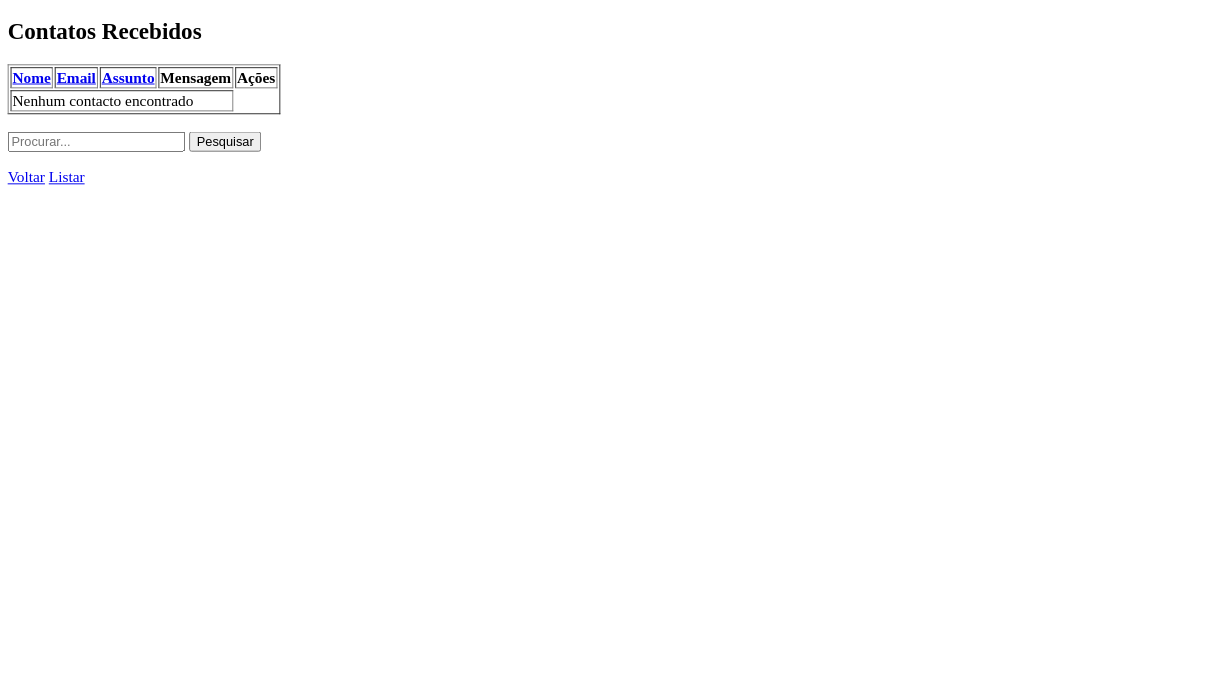
Repository: Sofiampsantos/Portal-de-Jornalismo-Escolar
Page: http://localhost/FormularioContacto/ListarContatosServlet?ordem=nome
An editor plug-in stored every save of this project. The page is shown before and after the next save, followed by the edit.
The browser window is 1280 px wide. The pictures show the whole page, at 96% of full size.
Some web fonts or font styles are not loaded; a fallback is used. The page is served by Tomcat 10. Queries for data that is not in the repository find no rows.

Above is the page before, as saved 2026-05-23 18:00:44.

After the next save:
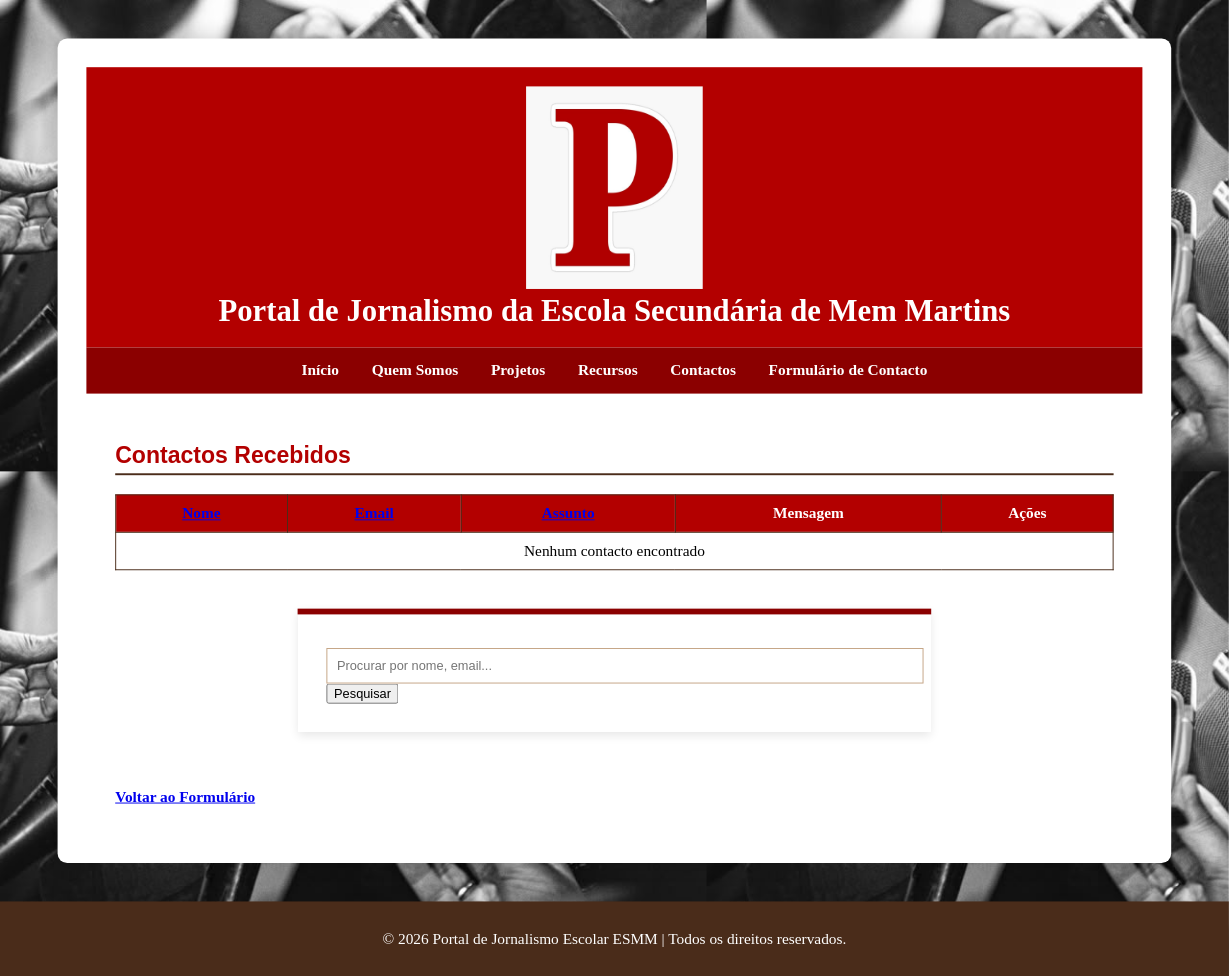
Console error: ReferenceError: documemnt is not defined
Saved 7 min 12 s later.
--- a/ProjetoProgV2/FormularioContacto/src/main/webapp/listar.jsp
+++ b/ProjetoProgV2/FormularioContacto/src/main/webapp/listar.jsp
@@ -1,68 +1,90 @@
-<%@ page language="java" contentType="text/html; charset=UTF-8"
-    pageEncoding="UTF-8"%>
+<%@ page language="java" contentType="text/html; charset=UTF-8" pageEncoding="UTF-8"%>
 <%@ page import="java.util.List"%>
 
 <!DOCTYPE html>
 <html>
 <head>
 <meta charset="UTF-8">
-<title>Lista de Contatos</title>
+<title>Portal de Jornalismo Escolar - ESMM - Lista de Contactos</title>
+<link rel="stylesheet" href="${pageContext.request.contextPath}/styles/estilo.css">
 </head>
-<body>
 
-<h2>Contatos Recebidos</h2>
+<body class="fundo-projetos" style="background-image: url('${pageContext.request.contextPath}/img/jornalismo.jpg');">
 
-<table border="1">
+  <div class="container">
 
-<tr>
-    <th><a href="ListarContatosServlet?ordem=nome">Nome</a></th>
-    <th><a href="ListarContatosServlet?ordem=email">Email</a></th>
-    <th><a href="ListarContatosServlet?ordem=assunto">Assunto</a></th>
-    <th>Mensagem</th> <th>Ações</th>
-</tr>
+    <header id="topo">
+        <img alt="Fotografia do Portal de Jornalismo Escolar"
+             src="${pageContext.request.contextPath}/img/logoP.jpg" style="width: 184px; height: 211px;">
+        <h1>Portal de Jornalismo da Escola Secundária de Mem Martins</h1>
+    </header>
 
-<%
-List<String[]> contatos = (List<String[]>) request.getAttribute("contatos");
+    <nav id="navegacao">
+        <ul>
+            <li><a href="index.html">Início</a></li>
+            <li><a href="quem_somos.html">Quem Somos</a></li>
+            <li><a href="projetos.html">Projetos</a></li>
+            <li><a href="recursos.html">Recursos</a></li>
+            <li><a href="contactos.html">Contactos</a></li>
+            <li><a href="contato.jsp">Formulário de Contacto</a></li>
+        </ul>
+    </nav>
 
-if (contatos != null && !contatos.isEmpty()) {
+    <section id="conteudo">
+        <h2>Contactos Recebidos</h2>
 
-    for (String[] c : contatos) {
-    	%>
+        <table border="1" style="width: 100%; margin-bottom: 20px; background-color: white; color: black;">
+            <tr>
+                <th><a href="ListarContatosServlet?ordem=nome">Nome</a></th>
+                <th><a href="ListarContatosServlet?ordem=email">Email</a></th>
+                <th><a href="ListarContatosServlet?ordem=assunto">Assunto</a></th>
+                <th>Mensagem</th>
+                <th>Ações</th>
+            </tr>
 
-        <tr>
-            <td><%= c[1] %></td> <td><%= c[2] %></td> <td><%= c[3] %></td> <td><%= c[4] %></td> <td>
-                <a href="EditarContatoServlet?id=<%= c[0] %>">Editar</a>
-                <a href="ApagarContatoServlet?id=<%= c[0] %>">Apagar</a>
-            </td>
-        </tr>
+            <%
+            List<String[]> contatos = (List<String[]>) request.getAttribute("contatos");
 
-    <%
-    }
+            if (contatos != null && !contatos.isEmpty()) {
+                for (String[] c : contatos) {
+            %>
+                <tr>
+                    <td><%= c[1] %></td>
+                    <td><%= c[2] %></td>
+                    <td><%= c[3] %></td>
+                    <td><%= c[4] %></td>
+                    <td>
+                        <a href="EditarContatoServlet?id=<%= c[0] %>">Editar</a> |
+                        <a href="ApagarContatoServlet?id=<%= c[0] %>" onclick="return confirm('Tens a certeza que queres apagar?');">Apagar</a>
+                    </td>
+                </tr>
+            <%
+                }
+            } else {
+            %>
+                <tr>
+                    <td colspan="5">Nenhum contacto encontrado</td>
+                </tr>
+            <%
+            }
+            %>
+        </table>
 
-} else {
-%>
+        <form action="ProcurarContatoServlet" method="get">
+            <input type="text" name="busca" placeholder="Procurar por nome, email...">
+            <button type="submit">Pesquisar</button>
+        </form>
 
-<tr>
-    <td colspan="4">Nenhum contacto encontrado</td>
-</tr>
+        <br>
+        <a href="contato.jsp" style="font-weight: bold;">Voltar ao Formulário</a>
+    </section>
+  </div>
 
-<%
-}
-%>
+  <footer id="rodape">
+      <p>&copy; 2026 Portal de Jornalismo Escolar ESMM | Todos os direitos reservados.</p>
+  </footer>
 
-</table>
-
-<br>
-
-<form action="ProcurarContatoServlet" method="get">
-    <input type="text" name="busca" placeholder="Procurar...">
-    <button type="submit">Pesquisar</button>
-</form>
-
-<br>
-
-<a href="contato.jsp">Voltar</a>
-<a href="ListarContatosServlet">Listar</a>
+  <script src="${pageContext.request.contextPath}/scripts/script.js"></script>
 
 </body>
 </html>
